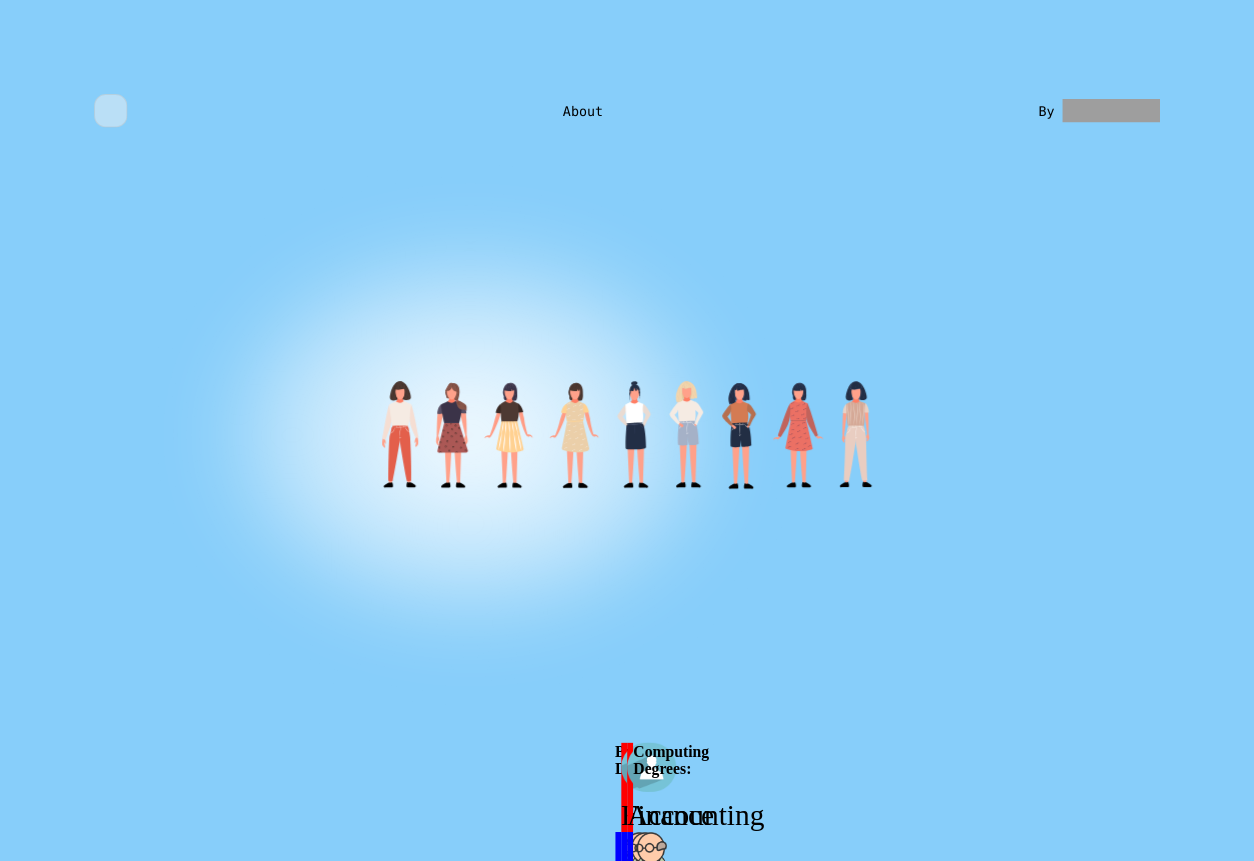
Repository: bguemos/week3example
Page: /
The author's editor kept a copy of each file at every save. The page is drawn from the files as they stood at one save, then again after the next save.
The browser window is 1280 px wide. The pictures show the whole page, at 98% of full size.
Pictures or frames that could not be fetched are drawn as grey boxes. An inner scrolling area shows only its first screen. The project was rebuilt for these pictures with package versions that can differ from the ones it lists, and the page was loaded fresh each time. The framework's server and built-in components were replaced by stand-ins that run in the browser. Also part of the build but not shown: next.config.js.

Above is the page before, as saved 2023-01-18 12:14:18.

After the next save:
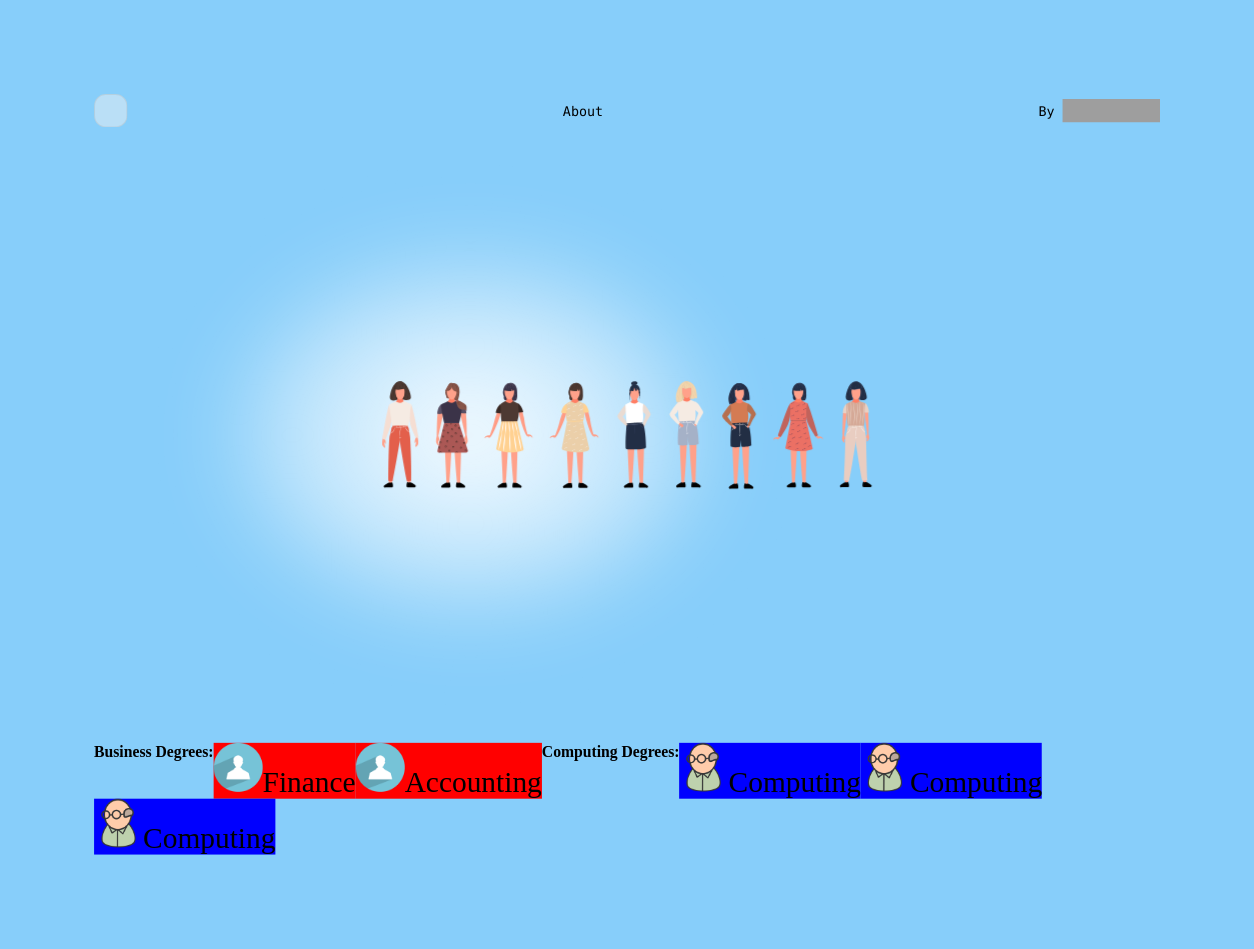
Saved 29 s later.
--- a/styles/Home.module.css
+++ b/styles/Home.module.css
@@ -42,12 +42,13 @@
 }
 
 .grid {
-  display: grid;
+  display: flex;
+  flex-direction: row;
+  flex-wrap: wrap;
   grid-template-columns: repeat(4, minmax(25%, auto));
   width: var(--max-width);
   max-width: 100%;
-  width: 25px;
-  height: 25px;
+
 }
 
 .card {
